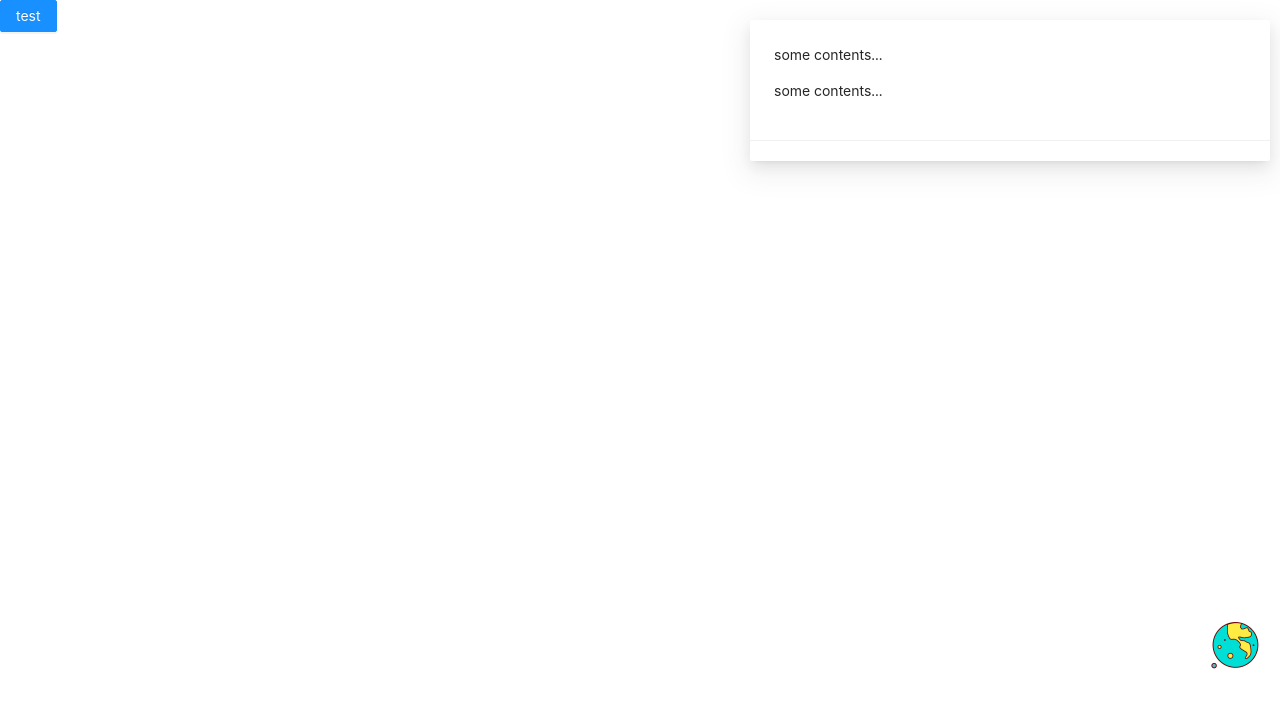
Repository: martisss/crx
Page: /, after clicking the first element matching `div.sc-gEvEer`
These files come from the project's save history. The page is drawn as it stood at one moment and after the next save; the edit follows.
The browser window is 1280 px wide. The pictures show the whole page.
The project was rebuilt for these pictures with package versions that can differ from the ones it lists, and the page was loaded fresh each time.

Above is the page before, as saved 2022-08-06 23:51:22.

### src/index.tsx
import React from 'react';
import ReactDOM from 'react-dom/client';
import Popup from './Popup';

const root = ReactDOM.createRoot(document.getElementById('root') as Element);
root.render(
  <React.StrictMode>
    <Popup />
  </React.StrictMode>
);

### src/popup/index.js
import React from 'react'
import {Button} from 'antd'
import '../content'
export default function Popup() {
  return <Button type="primary">test</Button>
}

### src/content/index.tsx
import React from 'react'
import ReactDOM from 'react-dom/client'
import styled from 'styled-components'
import MainModal from './components/MainModal'
import {useState} from 'react'
import 'antd/dist/antd.css';
// const iconUrl = window.chrome.runtime.getURL('/images/ball.png')
function Content() {
  const [modal1Visible, setModal1Visible] = useState(false)
  const changeModalVisible = () => setModal1Visible(!modal1Visible)
  return (
    <>
      <Ball onClick={() => {
        console.log('test')
        changeModalVisible()
      }}/>
      <MainModal show={changeModalVisible} visible={modal1Visible}>
        <p>some contents...</p>
        <p>some contents...</p>
      </MainModal>
    </>
  )
}

const Ball = styled.div`
  position: fixed;
  z-index: 9999;
  bottom: 50px;
  right: 20px;
  width: 50px;
  height: 50px;
  background: url('/images/ball.png');
  background-size: 100% 100%;
  cursor: pointer;
`

const app = document.createElement('div')
app.id = 'CRX-container'
document.body.appendChild(app)
const CRXroot = ReactDOM.createRoot(document.getElementById('CRX-container') as Element)
CRXroot.render(<Content />)

### src/content/components/MainModal/index.tsx
import { Modal } from 'antd'
import React, { ReactNode } from 'react'
import styled from 'styled-components'

const MainModal = (props: {
  children: ReactNode
  visible: boolean
  show: () => void
}) => {
  const { children, visible, show, } = props
  return (
    <>
      <Modal
        style={{position: 'fixed', right: '10px', top: '20px', maxWidth: '800px', width: '500px'}}
        visible={visible}
        onOk={() => show()}
        onCancel={() => show()}
        modalRender={modal => <Wrapper>{modal}</Wrapper>}
        closable={false}
        mask={false}
        footer
      >
        {children}
      </Modal>
    </>
  )
}

const Wrapper = styled.div`
  right: 30px;
  top: 50px;
`

export default MainModal

Loaded but not shown: public/index.html (common file)

After the next save:
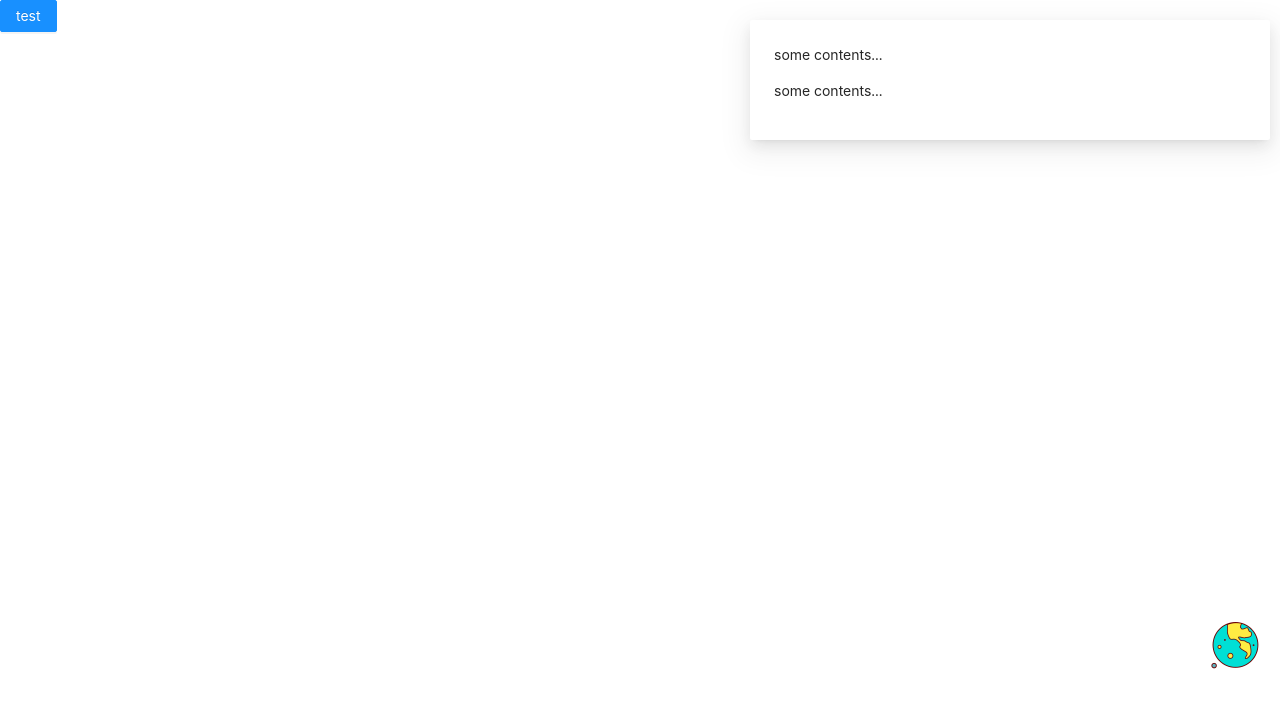
Saved 4 s later.
--- a/src/content/components/MainModal/index.tsx
+++ b/src/content/components/MainModal/index.tsx
@@ -18,7 +18,7 @@ const MainModal = (props: {
         modalRender={modal => <Wrapper>{modal}</Wrapper>}
         closable={false}
         mask={false}
-        footer
+        footer={null}
       >
         {children}
       </Modal>
